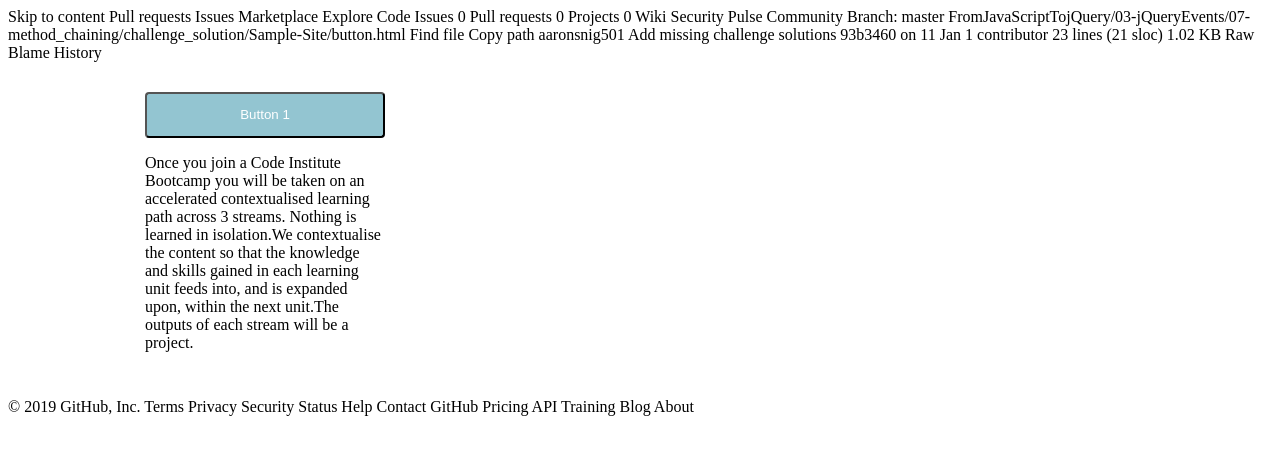
Repository: SOliv1/chaining-methods
Page: button.html
The author's editor kept a record of every edit. The page is drawn from the files as they stood at one moment, then again after the next edit.
The browser window is 1280 px wide. The pictures show the whole page.
Some web libraries are served in a nearby version.

Above is the page before.

After the next edit:
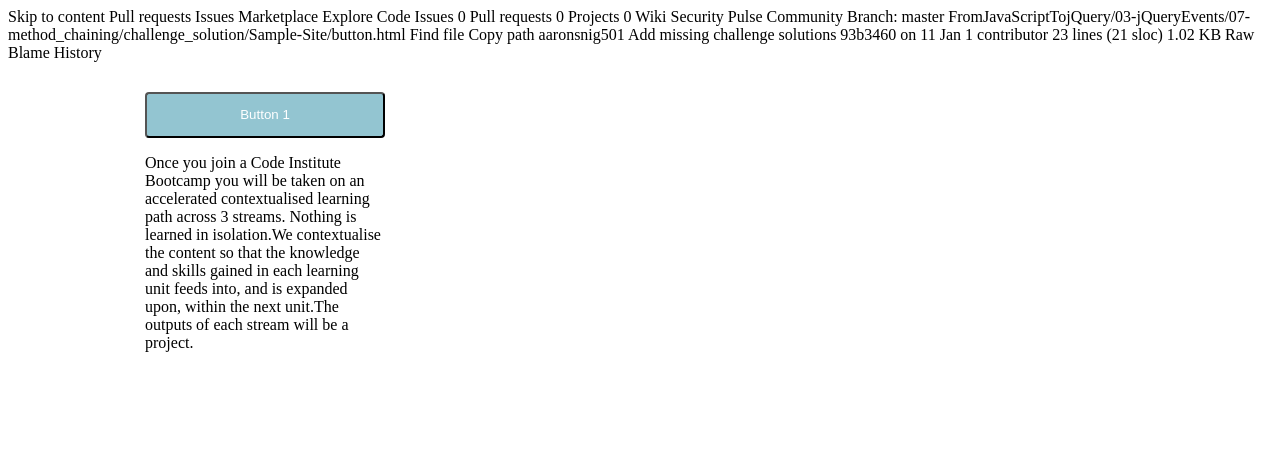
The edit:
--- a/button.html
+++ b/button.html
@@ -69,16 +69,3 @@
 </vbody>
 
 </html>
-
-© 2019 GitHub, Inc.
-Terms
-Privacy
-Security
-Status
-Help
-Contact GitHub
-Pricing
-API
-Training
-Blog
-About
